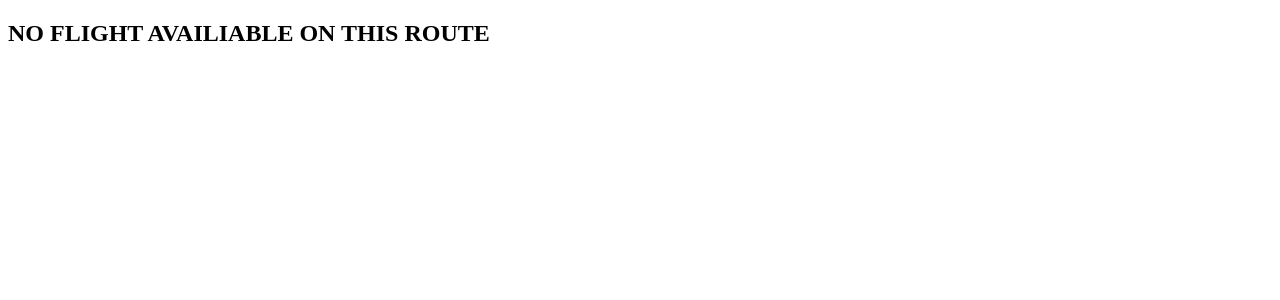
Repository: jha6435/Backenefinalsubmission
Page: http://localhost/ProjectFlyaway2/noflight.jsp
An editor plug-in stored every save of this project. The page is shown before and after the next save, followed by the edit.
The browser window is 1280 px wide. The pictures show the whole page.
The page is served by Tomcat 9. Other server files are loaded and not shown.

Above is the page before, as saved 2023-05-11 11:28:56.

### ProjectFlyaway2/src/main/webapp/noflight.jsp
<%@ page language="java" contentType="text/html; charset=ISO-8859-1"
    pageEncoding="ISO-8859-1"%>
<!DOCTYPE html>
<html>
<head>
<meta charset="ISO-8859-1">
<title>Insert title here</title>
</head>
<body>
<h2>NO FLIGHT AVAILIABLE ON THIS ROUTE</h2>
</body>
</html>

After the next save:
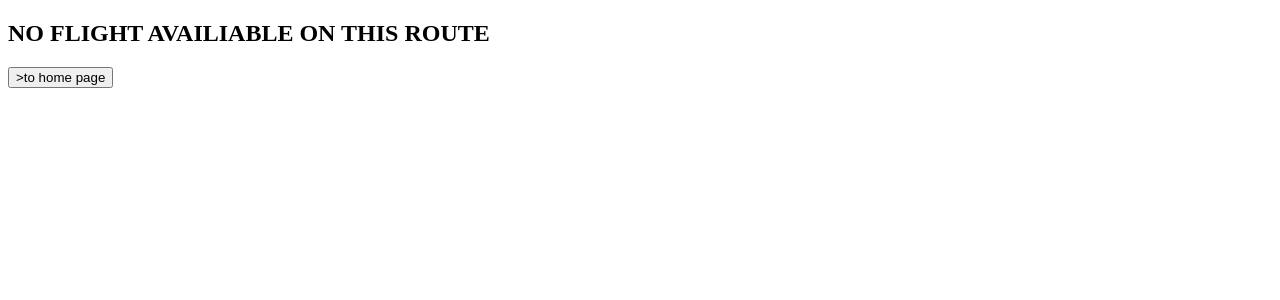
Saved 9 min 54 s later.
--- a/ProjectFlyaway2/src/main/webapp/noflight.jsp
+++ b/ProjectFlyaway2/src/main/webapp/noflight.jsp
@@ -8,5 +8,7 @@
 </head>
 <body>
 <h2>NO FLIGHT AVAILIABLE ON THIS ROUTE</h2>
+<button <a href="index.jsp"></a>>to home page</button>
+
 </body>
 </html>
